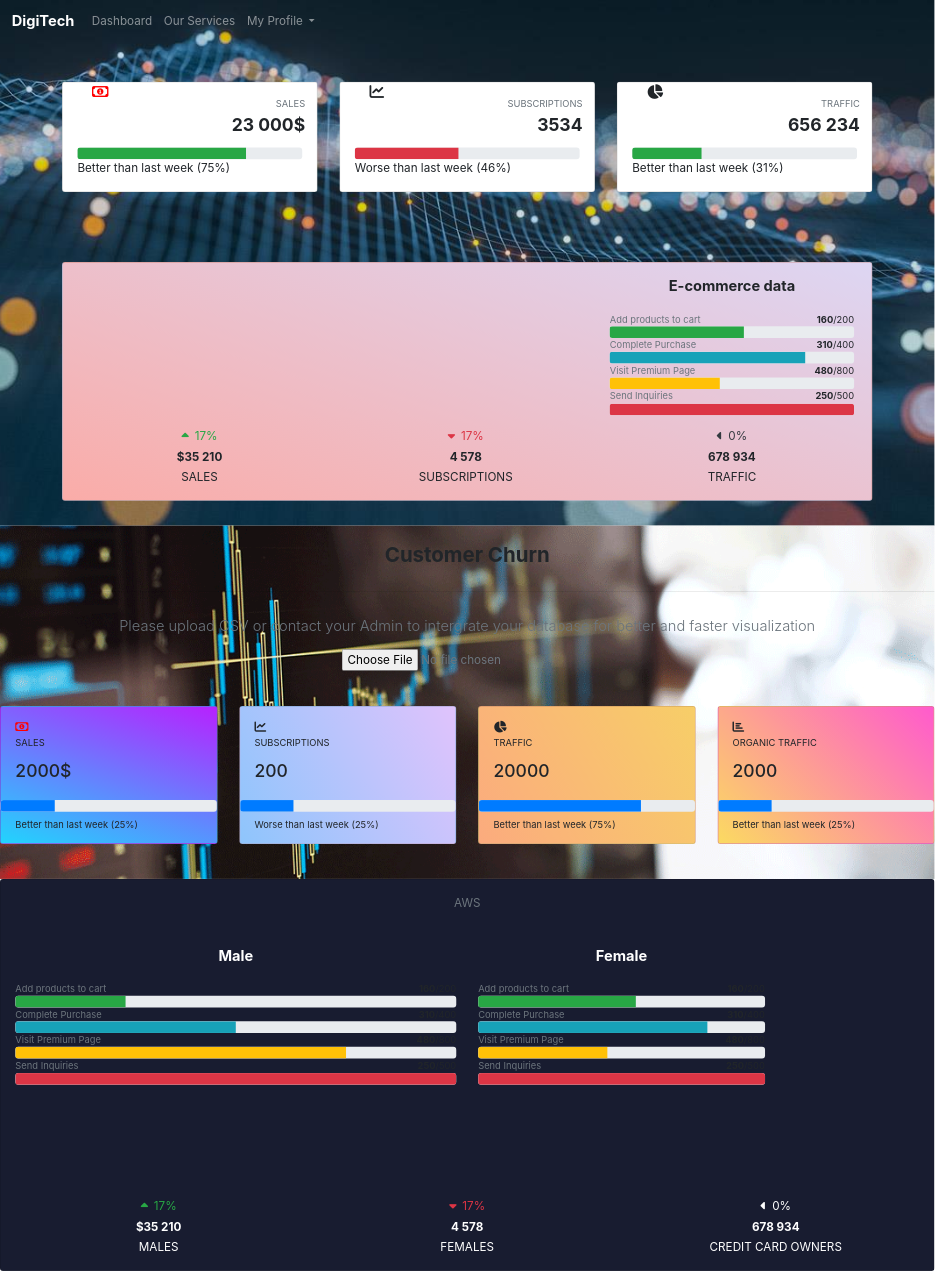
Repository: Tookliin/DigiTech
Page: /data
These files come from the project's save history. The page is drawn as it stood at one moment and after the next save; the edit follows.
The browser window is 1280 px wide. The page is 1295 px wide, so the pictures cover 1295 px, including what lies to the right of the window. The pictures show the whole page, at 73% of full size.
The project was rebuilt for these pictures with package versions that can differ from the ones it lists, and the page was loaded fresh each time. Also part of the build but not shown: src/components/Dashboard.vue, src/components/Profile.vue, src/components/Error.vue, src/components/Register.vue.

Above is the page before, as saved 2020-07-22 09:12:08.

### src/App.vue
<template>
  <div id="app">
    <main class="">
  <nav class="navbar fixed-top navbar-expand-lg navbar-dark scrolling-navbar">
        <a class="navbar-brand" href="/"><strong>DigiTech</strong></a>
        <button class="navbar-toggler" type="button" data-toggle="collapse" data-target="#navbarSupportedContent" aria-controls="navbarSupportedContent" aria-expanded="false" aria-label="Toggle navigation">
            <span class="navbar-toggler-icon"></span>
        </button>
        <div class="collapse navbar-collapse" id="navbarSupportedContent">
            <ul class="navbar-nav mr-auto">
              <router-link to="/">
              <a class="nav-link">Dashboard <span class="sr-only">(current)</span></a></router-link>

                <router-link to="/profile">
                  <a class="nav-link" >Our Services</a>
                </router-link>


                 <li class="nav-item dropdown">
          <a class="nav-link dropdown-toggle" id="navbarDropdownMenuLink-4" data-toggle="dropdown" aria-haspopup="true"
            aria-expanded="false">
           My Profile
          </a>
          <div class="dropdown-menu dropdown-menu-right dropdown-info" aria-labelledby="navbarDropdownMenuLink-4">
             <router-link to="/data">
             <a class="dropdown-item">Account</a></router-link>

             <router-link to="/register">
             <a class="dropdown-item">Register</a></router-link>

             <router-link to="/logout">
             <a class="dropdown-item">Log out</a></router-link>



            <!-- <a class="dropdown-item" href="/data">Our Clients</a> -->
          </div>
        </li>
            </ul>
        </div>
    </nav>
    </main>
    <router-view/>
  </div>
</template>
<script>
export default {
  name: "App",
  components:{

  },
  data(){
    return{}
  }
}
</script>

### src/components/Organization.vue
<template>

<div class="">
<div class="data" style="height: 100vh;">

<div class="container ">
    <div class="row">
      <div class="col-lg-4 col-md-12 py-5 my-5">
        <div class="card mt-3">

          <div class="">
            <i class="far fa-money-bill-alt fa-lg primary-color z-depth-2 p-4 ml-3 mt-n3 rounded text-black"></i>
            <div class="float-right text-right p-3">
              <p class="text-uppercase text-muted mb-1"><small>sales</small></p>
              <h4 class="font-weight-bold mb-0">23 000$</h4>
            </div>
          </div>

          <div class="card-body pt-0">
            <div class="progress md-progress">
              <div class="progress-bar bg-success" role="progressbar" style="width: 75%" aria-valuenow="75" aria-valuemin="0"
                aria-valuemax="100"></div>
            </div>
            <p class="card-text">Better than last week (75%)</p>
          </div>
        </div>
      </div>

      <div class="col-lg-4 col-md-6 my-5 py-5">
        <div class="card mt-3">
          <div class="">
            <i class="fas fa-chart-line fa-lg teal z-depth-2 p-4 ml-3 mt-n3 rounded text-black"></i>
            <div class="float-right text-right p-3">
              <p class="text-uppercase text-muted mb-1"><small>subscriptions</small></p>
              <h4 class="font-weight-bold mb-0">3534</h4>
            </div>
          </div>
          <div class="card-body pt-0">
            <div class="progress md-progress">
              <div class="progress-bar bg-danger" role="progressbar" style="width: 46%" aria-valuenow="46" aria-valuemin="0"
                aria-valuemax="100"></div>
            </div>
            <p class="card-text">Worse than last week (46%)</p>
          </div>
        </div>
      </div>

      <div class="col-lg-4 col-md-6 my-5 py-5">
        <div class="card mt-3">
          <div class="">
            <i class="fas fa-chart-pie fa-lg purple z-depth-2 p-4 ml-3 mt-n3 rounded text-black"></i>
            <div class="float-right text-right p-3">
              <p class="text-uppercase text-muted mb-1"><small>traffic</small></p>
              <h4 class="font-weight-bold mb-0">656 234</h4>
            </div>
          </div>
          <div class="card-body pt-0">
            <div class="progress md-progress">
              <div class="progress-bar bg-success" role="progressbar" style="width: 31%" aria-valuenow="31" aria-valuemin="0"
                aria-valuemax="100"></div>
            </div>
            <p class="card-text">Better than last week (31%)</p>
          </div>
        </div>
      </div>
    </div>


    <!-- Client Behaviour -->
 <section>
      <div class=" client-card card">
        <div class="card-body mr-md-1">
          <div class="row mb-3">
            <div class="col-md-8 mb-4">
              <canvas id="barChart" height="100"></canvas>
            </div>
            <div class="col-md-4 mb-1 mb-md-0">
              <h5 class="text-center font-weight-bold mb-4">E-commerce data</h5>
              <div class="d-flex justify-content-between">
                <small class="text-muted">Add products to cart</small>
                <small><span><strong>160</strong></span>/<span></span>200</small>
              </div>
              <div class="progress md-progress">
                <div class="progress-bar bg-success" role="progressbar" style="width: 55%" aria-valuenow="55"
                  aria-valuemin="0" aria-valuemax="100"></div>
              </div>
              <div class="d-flex justify-content-between">
                <small class="text-muted">Complete Purchase</small>
                <small><span><strong>310</strong></span>/<span></span>400</small>
              </div>
              <div class="progress md-progress">
                <div class="progress-bar bg-info" role="progressbar" style="width: 80%" aria-valuenow="80"
                  aria-valuemin="0" aria-valuemax="100"></div>
              </div>
              <div class="d-flex justify-content-between">
                <small class="text-muted">Visit Premium Page</small>
                <small><span><strong>480</strong></span>/<span></span>800</small>
              </div>
              <div class="progress md-progress">
                <div class="progress-bar bg-warning" role="progressbar" style="width: 45%" aria-valuenow="45"
                  aria-valuemin="0" aria-valuemax="100"></div>
              </div>
              <div class="d-flex justify-content-between">
                <small class="text-muted">Send Inquiries</small>
                <small><span><strong>250</strong></span>/<span></span>500</small>
              </div>
              <div class="progress md-progress">
                <div class="progress-bar bg-danger" role="progressbar" style="width: 100%" aria-valuenow="100"
                  aria-valuemin="0" aria-valuemax="100"></div>
              </div>
            </div>
          </div>
          <div class="row text-center">
            <div class="col-md-4 mb-4 mb-md-0">
              <p class="text-success mb-1"><i class="fas fa-caret-up mr-2"></i>17%</p>
              <p class="font-weight-bold mb-1">$35 210</p>
              <p class="text-uppercase mb-md-0">Sales</p>
            </div>
            <div class="col-md-4 mb-4 mb-md-0">
              <p class="text-danger mb-1"><i class="fas fa-caret-down mr-2"></i>17%</p>
              <p class="font-weight-bold mb-1">4 578</p>
              <p class="text-uppercase mb-md-0">Subscriptions</p>
            </div>
            <div class="col-md-4 mb-0">
              <p class="text-dark mb-1"><i class="fas fa-caret-left mr-2"></i>0%</p>
              <p class="font-weight-bold mb-1">678 934</p>
              <p class="text-uppercase mb-0">Traffic</p>
            </div>
          </div>
        </div>
      </div>
    </section>
    </div>
    </div>

<!-- Customer Churn -->
<section class=" customer-churn py-4">

    <h3 class="font-weight-bold text-center dark-grey-text pb-2">
        Customer Churn</h3>
    <hr class="w-header my-4">
    <p class="lead text-center text-muted pt-2 mb-3">Please upload CSV or contact your Admin to intergrate your database for better and faster visualization

    </p>
    <div class="text-center text-muted mb-5">
        <input type="file" name="form" id="form">
        <a class="primary-color"></a>
    </div>


    <div class="row white-text">
      <div class="col-xl-3 col-md-6 mb-4">
        <div class="sales card classic-admin-card primary-color">
          <div class="card-body py-3">
            <i class="far fa-money-bill-alt"></i>
            <p class="small">SALES</p>
            <h4>2000$</h4>
          </div>
          <div class="progress md-progress">
            <div class="progress-bar grey darken-3" role="progressbar" style="width: 25%" aria-valuenow="25" aria-valuemin="0" aria-valuemax="100"></div>
          </div>
          <div class="card-body pt-2 pb-3">
            <p class="small mb-0">Better than last week (25%)</p>
          </div>
        </div>
      </div>

      <div class="col-xl-3 col-md-6 mb-4">
        <div class="subscription card classic-admin-card warning-color">
          <div class="card-body py-3">
            <i class="fas fa-chart-line"></i>
            <p class="small">SUBSCRIPTIONS</p>
            <h4>200</h4>
          </div>
          <div class="progress md-progress">
            <div class="progress-bar bg grey darken-3" role="progressbar" style="width: 25%" aria-valuenow="25" aria-valuemin="0" aria-valuemax="100"></div>
          </div>
          <div class="card-body pt-2 pb-3">
            <p class="small mb-0">Worse than last week (25%)</p>
          </div>
        </div>
      </div>

      <div class="col-xl-3 col-md-6 mb-4">
        <div class="traffic card classic-admin-card light-blue lighten-1">
          <div class="card-body py-3">
            <i class="fas fa-chart-pie"></i>
            <p class="small">TRAFFIC</p>
            <h4>20000</h4>
          </div>
          <div class="progress md-progress">
            <div class="progress-bar grey darken-3" role="progressbar" style="width: 75%" aria-valuenow="75" aria-valuemin="0" aria-valuemax="100"></div>
          </div>
          <div class="card-body pt-2 pb-3">
            <p class="small mb-0">Better than last week (75%)</p>
          </div>
        </div>
      </div>

      <div class="col-xl-3 col-md-6 mb-4">
        <div class="organic card classic-admin-card red accent-2">
          <div class="card-body py-3">
            <i class="fas fa-chart-bar"></i>
            <p class="small">ORGANIC TRAFFIC</p>
            <h4>2000</h4>
          </div>
          <div class="progress md-progress">
            <div class="progress-bar grey darken-3" role="progressbar" style="width: 25%" aria-valuenow="25" aria-valuemin="0" aria-valuemax="100"></div>
          </div>
          <div class="card-body pt-2 pb-3">
            <p class="small mb-0">Better than last week (25%)</p>
          </div>
        </div>
      </div>
    </div>
  </section>


   <section>

    <div class="card" style="background-color: #181C30;">
      <div class="card-body">
            <div class="text-center text-muted mb-5">
                <a class="primary-color">AWS</a>

            </div>
                <div class="row">

        <!--Grid column-->
        <div class="col-md-6 mb-4">

          <h5 class="text-center text-white font-weight-bold mb-4">Male</h5>

          <div class="d-flex justify-content-between">
            <small class="text-muted">Add products to cart</small>
            <small><span><strong>160</strong></span>/<span></span>200</small>
          </div>
          <div class="progress md-progress">
            <div class="progress-bar bg-success" role="progressbar" style="width: 25%" aria-valuenow="25"
              aria-valuemin="0" aria-valuemax="100"></div>
          </div>

          <div class="d-flex justify-content-between">
            <small class="text-muted">Complete Purchase</small>
            <small><span><strong>310</strong></span>/<span></span>400</small>
          </div>
          <div class="progress md-progress">
            <div class="progress-bar bg-info" role="progressbar" style="width: 50%" aria-valuenow="50" aria-valuemin="0"
              aria-valuemax="100"></div>
          </div>

          <div class="d-flex justify-content-between">
            <small class="text-muted">Visit Premium Page</small>
            <small><span><strong>480</strong></span>/<span></span>800</small>
          </div>
          <div class="progress md-progress">
            <div class="progress-bar bg-warning" role="progressbar" style="width: 75%" aria-valuenow="75"
              aria-valuemin="0" aria-valuemax="100"></div>
          </div>

          <div class="d-flex justify-content-between">
            <small class="text-muted">Send Inquiries</small>
            <small><span><strong>250</strong></span>/<span></span>500</small>
          </div>
          <div class="progress md-progress">
            <div class="progress-bar bg-danger" role="progressbar" style="width: 100%" aria-valuenow="100"
              aria-valuemin="0" aria-valuemax="100"></div>
          </div>

        </div>


        <div class="col-md-4 mb-4">
          <h5 class="text-center text-white font-weight-bold mb-4">Female</h5>
          <div class="d-flex justify-content-between">
            <small class="text-muted">Add products to cart</small>
            <small><span><strong>160</strong></span>/<span></span>200</small>
          </div>
          <div class="progress md-progress">
            <div class="progress-bar bg-success" role="progressbar" style="width: 55%" aria-valuenow="55"
              aria-valuemin="0" aria-valuemax="100"></div>
          </div>

          <div class="d-flex justify-content-between">
            <small class="text-muted">Complete Purchase</small>
            <small><span><strong>310</strong></span>/<span></span>400</small>
          </div>

          <div class="progress md-progress">
            <div class="progress-bar bg-info" role="progressbar" style="width: 80%" aria-valuenow="80" aria-valuemin="0"
              aria-valuemax="100"></div>
          </div>

          <div class="d-flex justify-content-between">
            <small class="text-muted">Visit Premium Page</small>
            <small><span><strong>480</strong></span>/<span></span>800</small>
          </div>

          <div class="progress md-progress">
            <div class="progress-bar bg-warning" role="progressbar" style="width: 45%" aria-valuenow="45"
              aria-valuemin="0" aria-valuemax="100"></div>
          </div>

          <div class="d-flex justify-content-between">
            <small class="text-muted">Send Inquiries</small>
            <small><span><strong>250</strong></span>/<span></span>500</small>
          </div>
          <div class="progress md-progress">
            <div class="progress-bar bg-danger" role="progressbar" style="width: 100%" aria-valuenow="100"
              aria-valuemin="0" aria-valuemax="100"></div>
          </div>
        </div>
      </div>

        <canvas id="lineChart" class="mb-4" height="100"></canvas>
        <div class="row text-center text-white">
          <div class="col-md-4 mb-4 mb-md-0">
            <p class="text-success mb-1"><i class="fas fa-caret-up mr-2"></i>17%</p>
            <p class="font-weight-bold mb-1">$35 210</p>
            <p class="text-uppercase mb-md-0">Males</p>
          </div>

          <div class="col-md-4 mb-4 mb-md-0">
            <p class="text-danger mb-1"><i class="fas fa-caret-down mr-2"></i>17%</p>
            <p class="font-weight-bold mb-1">4 578</p>
            <p class="text-uppercase mb-md-0">Females</p>
          </div>

          <div class="col-md-4 mb-0">
            <p class="text-grey mb-1"><i class="fas fa-caret-left mr-2"></i>0%</p>
            <p class="font-weight-bold mb-1">678 934</p>
            <p class="text-uppercase mb-0">Credit Card Owners</p>
          </div>
        </div>
      </div>
    </div>
  </section>
    </div>
</template>
<script>
export default {
    name: 'Profile',
    props:{


    }, data() {
        return {
            male: 8137,
            labels: ["Red", "Blue", "Yellow", "Green", "Purple", "Orange"],




        }
    },
    mounted() {

    this.ctxB = document.getElementById("barChart").getContext('2d');
    this.myBarChart =  {
      type: 'bar',
      data: {
        labels: ["Red", "Blue", "Yellow", "Green", "Purple", "Orange"],
        datasets: [{
          label: '# of Votes',
          data: [12, 19, 3, 5, 2, 3],
          backgroundColor: [
            'rgba(255, 99, 132, 0.2)',
            'rgba(54, 162, 235, 0.2)',
            'rgba(255, 206, 86, 0.2)',
            'rgba(75, 192, 192, 0.2)',
            'rgba(153, 102, 255, 0.2)',
            'rgba(255, 159, 64, 0.2)'
          ],
          borderColor: [
            'rgba(255,99,132,1)',
            'rgba(54, 162, 235, 1)',
            'rgba(255, 206, 86, 1)',
            'rgba(75, 192, 192, 1)',
            'rgba(153, 102, 255, 1)',
            'rgba(255, 159, 64, 1)'
          ],
          borderWidth: 1
        }]
      },
      options: {
        scales: {
          yAxes: [{
            ticks: {
              beginAtZero: true
            }
          }]
        }
      }
    };
    },
    methods: {

    },
}
</script>

Loaded but not shown: public/index.html (common file); src/main.js (35 lines, source omitted); src/assets/css/main.css (124 lines, source omitted)

After the next save:
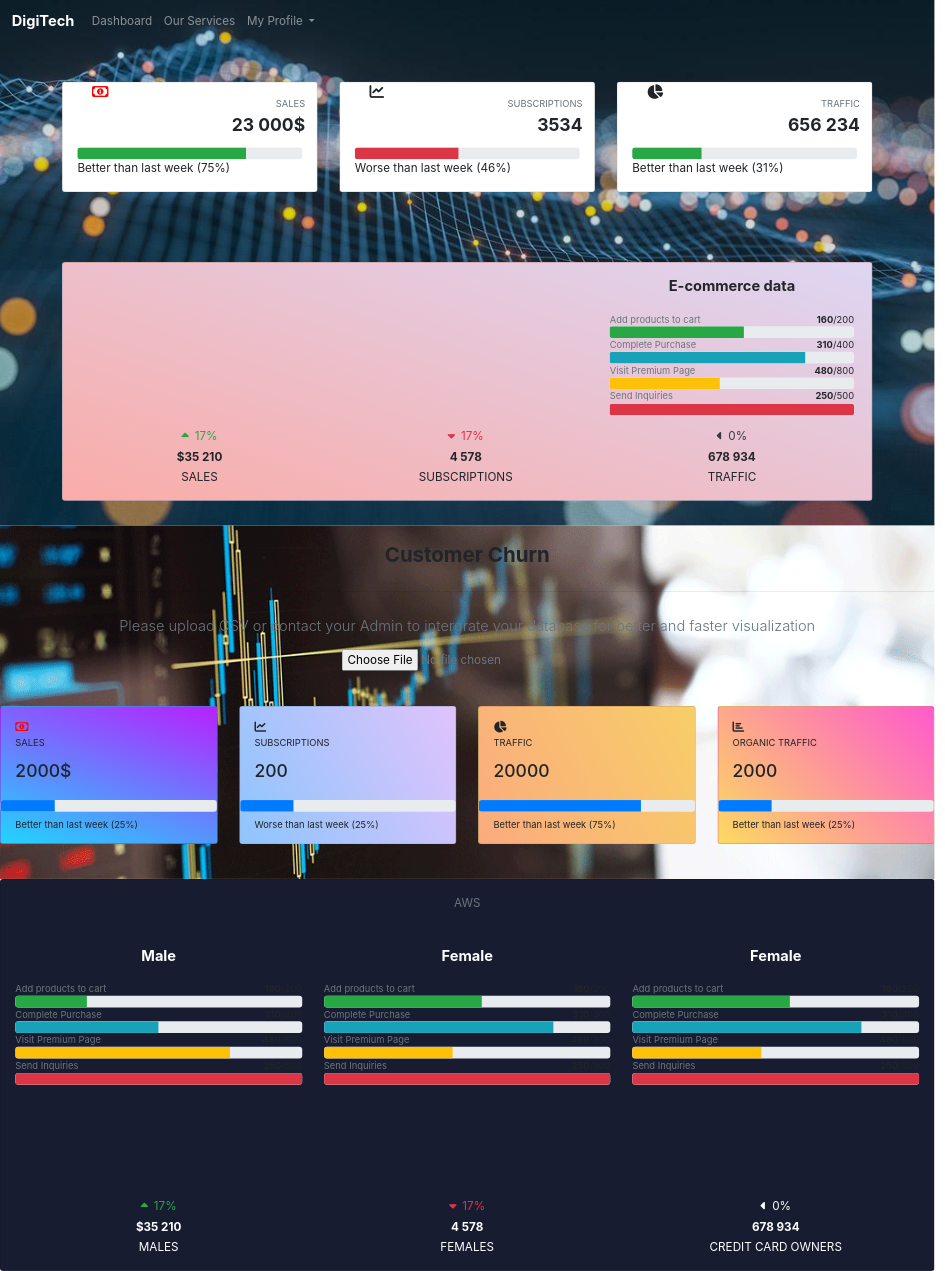
Saved 3 min 29 s later.
--- a/src/components/Organization.vue
+++ b/src/components/Organization.vue
@@ -227,7 +227,7 @@
                 <div class="row">
 
         <!--Grid column-->
-        <div class="col-md-6 mb-4">
+        <div class="col-md-4 mb-4">
 
           <h5 class="text-center text-white font-weight-bold mb-4">Male</h5>
 
@@ -266,8 +266,50 @@
             <div class="progress-bar bg-danger" role="progressbar" style="width: 100%" aria-valuenow="100"
               aria-valuemin="0" aria-valuemax="100"></div>
           </div>
-
-        </div>
+        </div>
+
+
+      <div class="col-md-4 mb-4">
+          <h5 class="text-center text-white font-weight-bold mb-4">Female</h5>
+          <div class="d-flex justify-content-between">
+            <small class="text-muted">Add products to cart</small>
+            <small><span><strong>160</strong></span>/<span></span>200</small>
+          </div>
+          <div class="progress md-progress">
+            <div class="progress-bar bg-success" role="progressbar" style="width: 55%" aria-valuenow="55"
+              aria-valuemin="0" aria-valuemax="100"></div>
+          </div>
+
+          <div class="d-flex justify-content-between">
+            <small class="text-muted">Complete Purchase</small>
+            <small><span><strong>310</strong></span>/<span></span>400</small>
+          </div>
+
+          <div class="progress md-progress">
+            <div class="progress-bar bg-info" role="progressbar" style="width: 80%" aria-valuenow="80" aria-valuemin="0"
+              aria-valuemax="100"></div>
+          </div>
+
+          <div class="d-flex justify-content-between">
+            <small class="text-muted">Visit Premium Page</small>
+            <small><span><strong>480</strong></span>/<span></span>800</small>
+          </div>
+
+          <div class="progress md-progress">
+            <div class="progress-bar bg-warning" role="progressbar" style="width: 45%" aria-valuenow="45"
+              aria-valuemin="0" aria-valuemax="100"></div>
+          </div>
+
+          <div class="d-flex justify-content-between">
+            <small class="text-muted">Send Inquiries</small>
+            <small><span><strong>250</strong></span>/<span></span>500</small>
+          </div>
+          <div class="progress md-progress">
+            <div class="progress-bar bg-danger" role="progressbar" style="width: 100%" aria-valuenow="100"
+              aria-valuemin="0" aria-valuemax="100"></div>
+          </div>
+        </div>
+
 
 
         <div class="col-md-4 mb-4">
